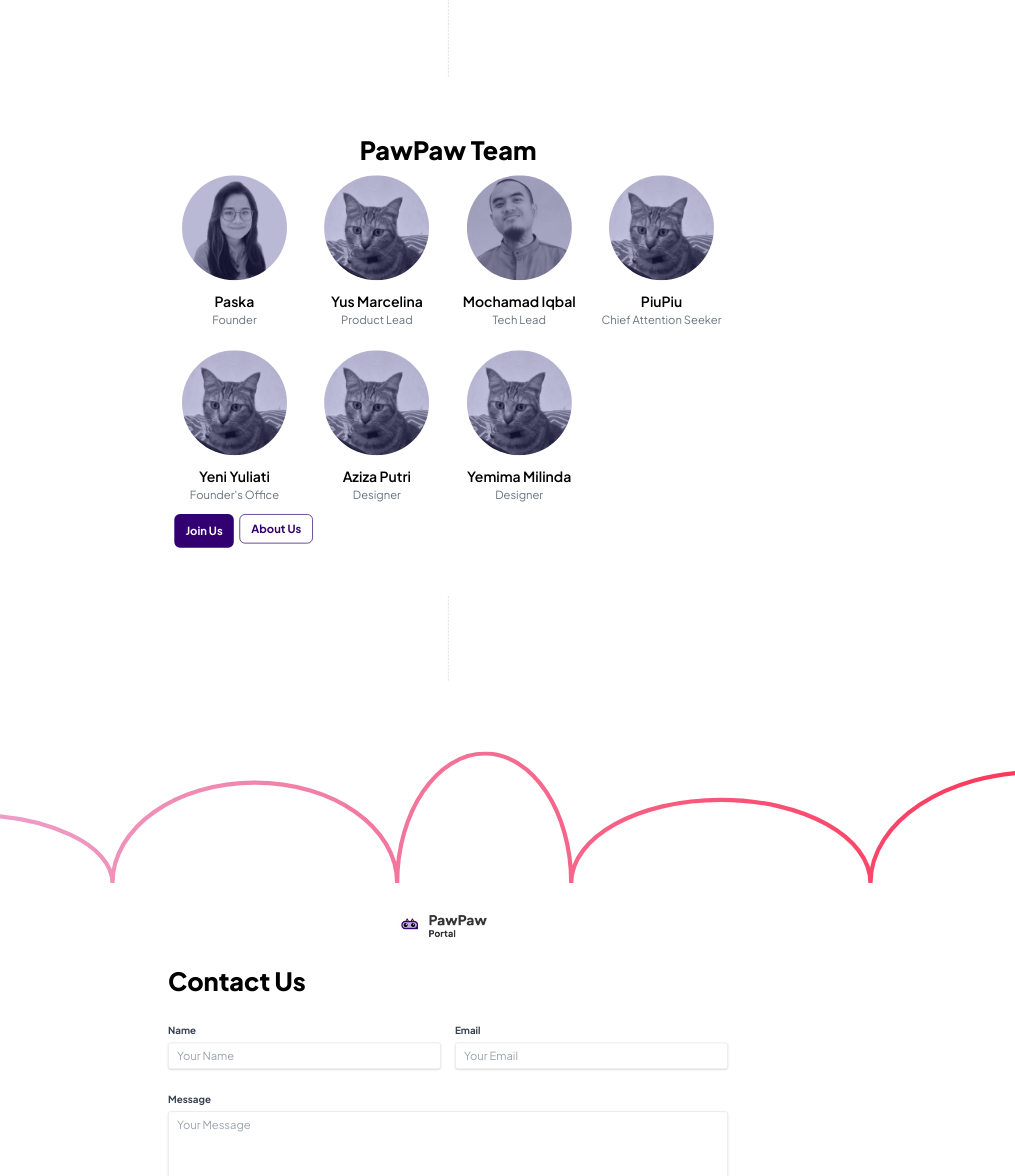
Repository: paskasiregar/pawpawwebsite
Page: /
The author's editor kept a copy of each file at every save. The page is drawn from the files as they stood at one save, then again after the next save.
The browser window is 1280 px wide. The page is 1450 px wide, so the pictures cover 1450 px, including what lies to the right of the window. The pictures show the part of the page from y = 1589 to 3269 px (the page is 4056 px tall before and 4088 px after), at 70% of full size.
The project was rebuilt for these pictures with package versions that can differ from the ones it lists, and the page was loaded fresh each time. The framework's server and built-in components were replaced by stand-ins that run in the browser. Also part of the build but not shown: next.config.js, next.config.mjs.

Above is the page before, as saved 2024-09-06 11:45:28.

After the next save:
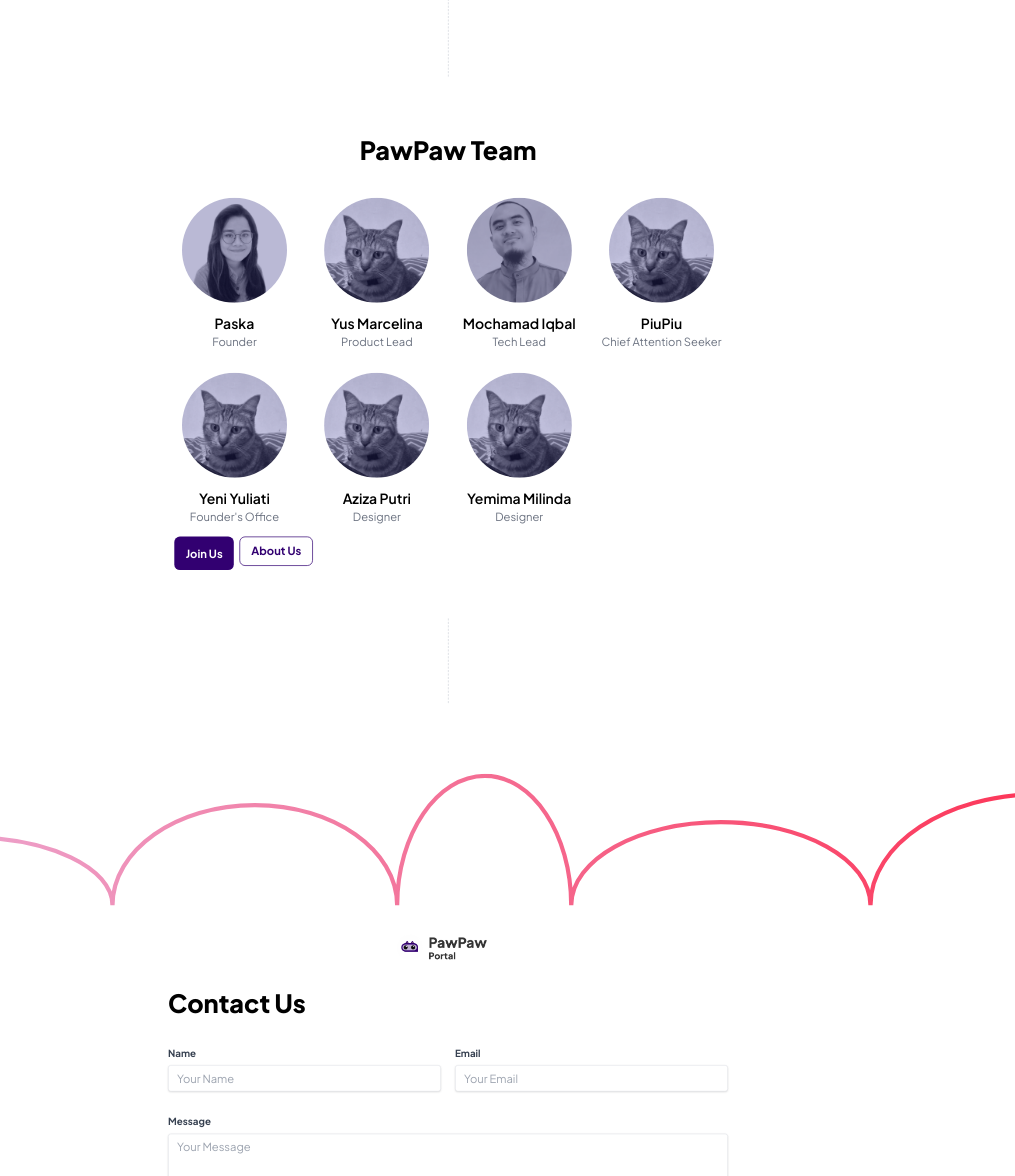
Saved 7 s later.
--- a/src/app/page.js
+++ b/src/app/page.js
@@ -141,8 +141,8 @@ export default async function Home() {
                 {/* Optional SVG or Image can go here */}
               </div>
 
-              <div className="flex flex-col items-center md:items-center mb-20">
-                <div className="relative font-extrabold text-2xl md:text-4xl text-center md:text-center">
+              <div className="flex flex-col items-center md:items-center mb-8">
+                <div className="relative font-extrabold text-2xl md:text-4xl text-center md:text-center mb-8">
                   PawPaw Team
                 </div>
               </div>
